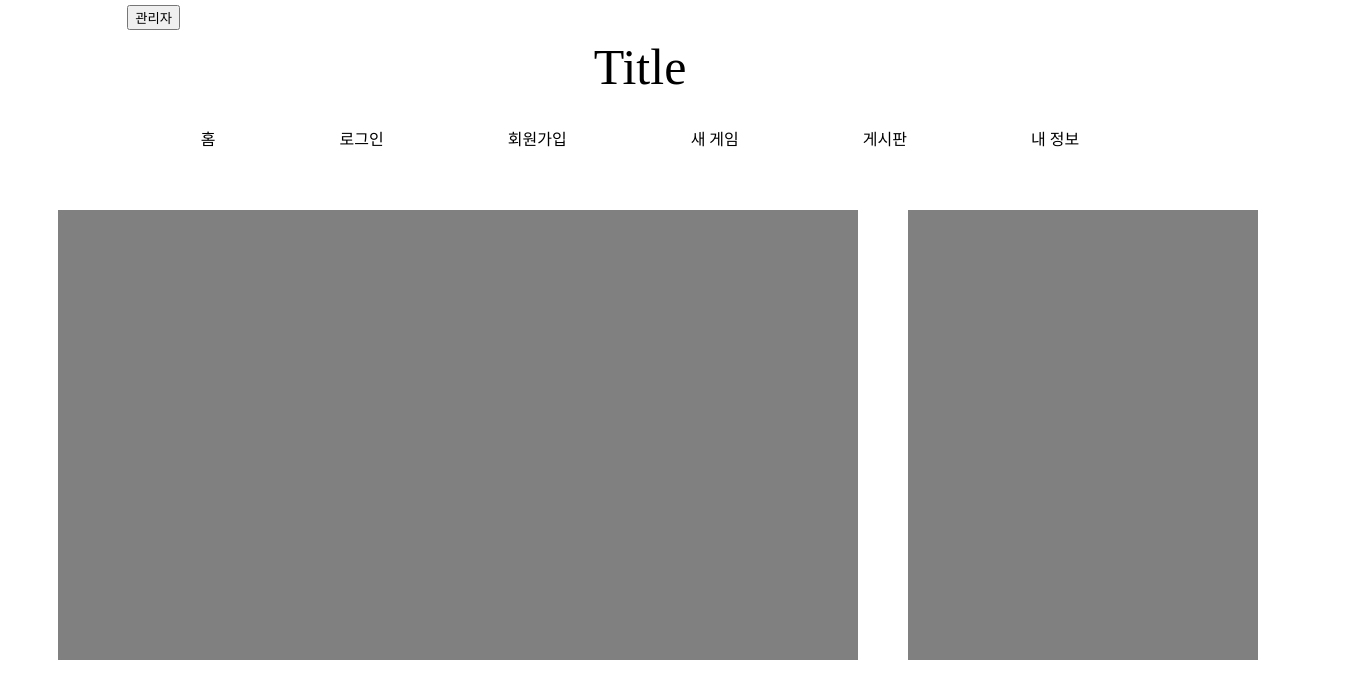
Repository: jemin7709/InP_Final
Page: 기말프로젝트/WebContent/main(unlogin).html
The author's editor kept a copy of each file at every save. The page is drawn from the files as they stood at one save, then again after the next save.
The browser window is 1280 px wide. The page is 1308 px wide, then 1353 px, so the pictures cover 1353 px, including what lies to the right of the window. The pictures show the whole page.

Above is the page before, as saved 2021-05-19 14:43:55.

### 기말프로젝트/WebContent/main(unlogin).html
<!DOCTYPE html>
<html>
<head>
<meta charset="UTF-8">
<title>Insert title here</title>
<link href="main.css" type="text/css" rel="stylesheet">

</head>
<body>
	<!--타이틀-->
	<div id="title">Title</div>
	<!--메뉴바-->
	<div id="menu">
		<ul id="menubar">
			<li><a>홈</a></li>
			<li><a>로그인</a></li>
			<li><a>회원가입</a></li>
			<li><a>새 게임</a></li>
			<li><a>게시판</a></li>
			<li><a>내 정보</a></li>
		</ul>
	</div>
	<!--메인페이지-->
	<div id="mainpage">
		<div id="mainleft"></div>
		<div id="mainright"></div>
	</div>
	<form id="admin" action="">
		<input type="submit" value="관리자">
	</form>
</body>
</html>

### 기말프로젝트/WebContent/main.css
@charset "UTF-8";

body{
	overflow: auto;
	min-width: 1200px
	margin: 0 auto;
	text-align: center;
}

#title {
	width: 1200px;
	padding-top: 30px;
	padding-bottom: 30px;
	font-size: 50px;
	margin: 0 auto;
	z-index: 0;
}

#menubar{
	list-style-type: none;
	width:1200px;
    margin: 0;
    padding: 0;
	text-align: center;
	margin: 0 auto;
}

#menubar > li{
	height: 20px;
    padding-left: 60px;
    padding-right:60px;
	display: inline;
}

#menuber>li>a{
	font-size: 10;
}
#admin{
	position: absolute;
	top: 5px;
	right: 1100px;
	z-index: 2;
}


#mainpage{
    width: 1200px;
	padding: 50px;
	padding-top: 60px;
	margin: 0 auto;
}
#mainleft{
	float: left;
	width: 800px;
	height:450px;
	background-color: gray;
}
#mainright{
	float: right;
	width: 350px;
	height:450px;
	background-color: gray;
}

After the next save:
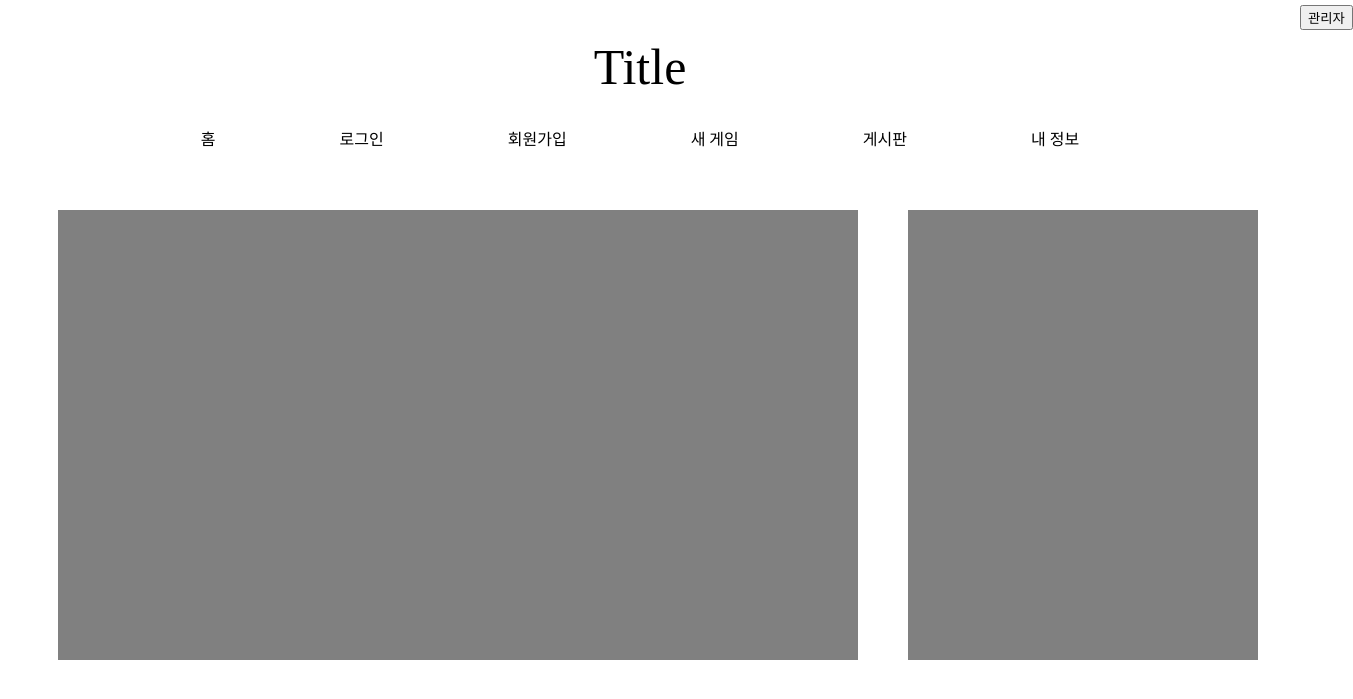
Saved 18 s later.
--- a/기말프로젝트/WebContent/main.css
+++ b/기말프로젝트/WebContent/main.css
@@ -38,7 +38,7 @@ body{
 #admin{
 	position: absolute;
 	top: 5px;
-	right: 1100px;
+	left: 1300px;
 	z-index: 2;
 }
 
